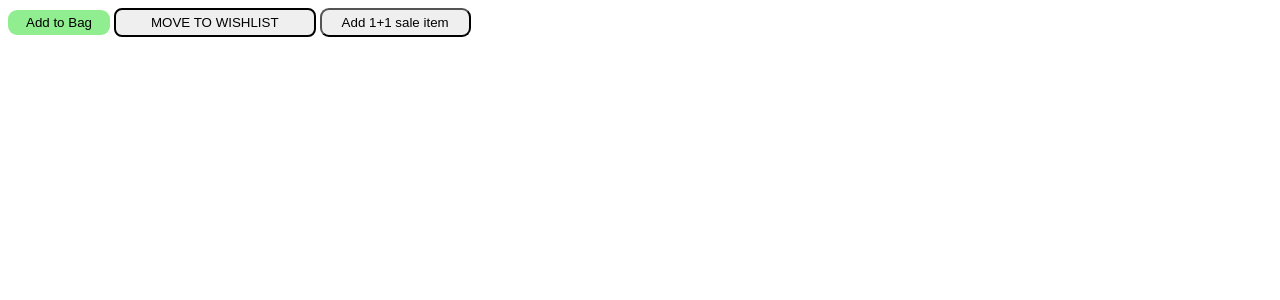
Repository: nihalani20/Learning-Js
Page: practice_set2/index.html
An editor plug-in stored every save of this project. The page is shown before and after the next save, followed by the edit.
The browser window is 1280 px wide. The pictures show the whole page.

Above is the page before, as saved 2023-12-09 12:30:01.

### practice_set2/index.html
<!DOCTYPE html>
<html lang="en">
<head>
  <meta charset="UTF-8">
  <meta name="viewport" content="width=device-width, initial-scale=1.0">
  <title>Myntra bag exercise</title>
  <link  href="/practice_set2/style.css" rel="stylesheet">
  <link href="/practice_set2/index.js" >
</head>
<body>
  <main>
     <button class="bag" onclick="alert('Added to bag')">Add to Bag</button>
      <button class="wishlist" onclick="alert('Added to wishlist')">MOVE TO WISHLIST</button>
      <button class="item" onclick="alert('Item added')">Add 1+1 sale item</button>

  </main>
</body>
</html>

### practice_set2/style.css
.bag{
  background-color:lightgreen;
  border:none;
  padding: 5px 18px 5px 18px;
  border-radius:9px;

}

.wishlist{
  padding:5px 35px 5px 35px;
  border:2px solid black;
  border-radius:8px;
  cu
}

.item{
  background-color
  border: none;
  padding: 5px 20px 5px 20px;
  border-radius: 9px;
  cursor: pointer;
}

After the next save:
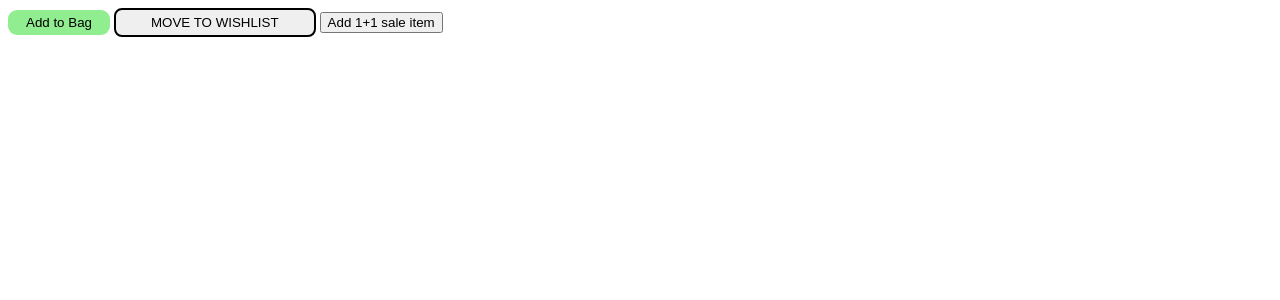
Saved 4 s later.
--- a/practice_set2/style.css
+++ b/practice_set2/style.css
@@ -14,9 +14,5 @@
 }
 
 .item{
-  background-color
-  border: none;
-  padding: 5px 20px 5px 20px;
-  border-radius: 9px;
-  cursor: pointer;
+
 }
